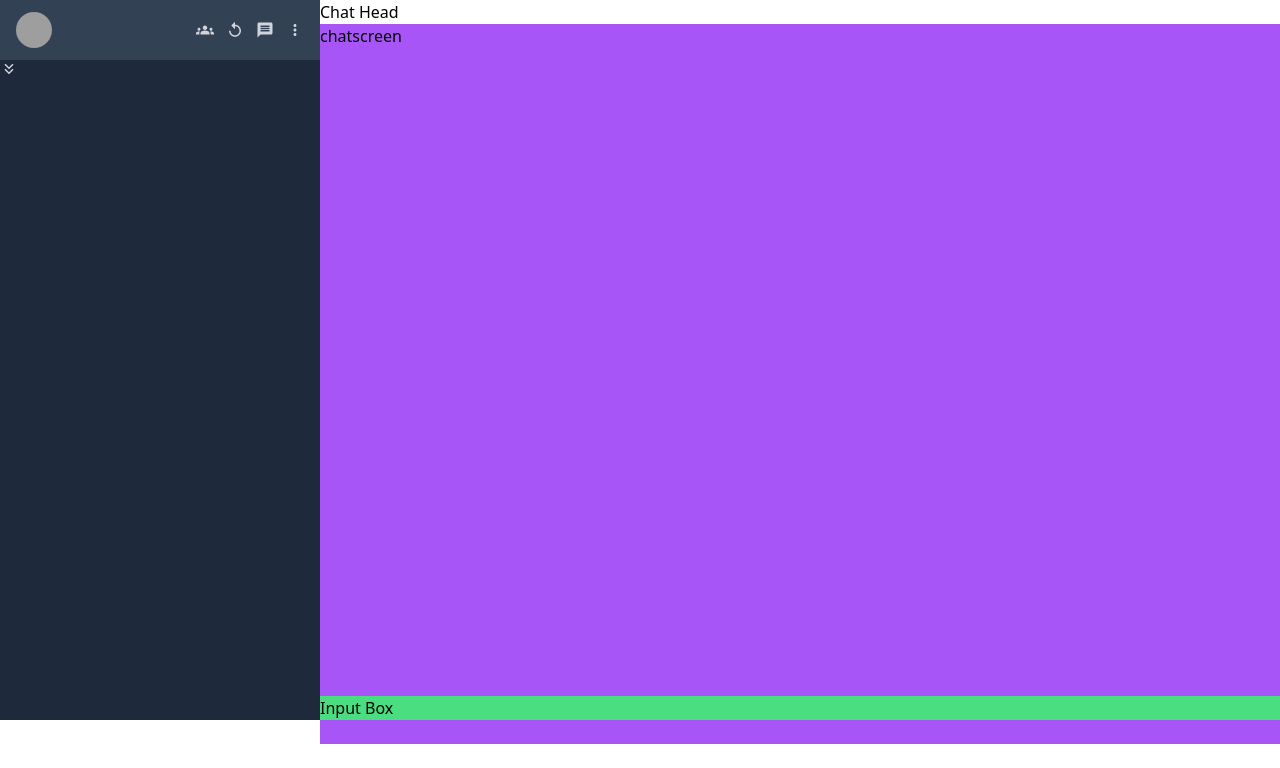
Repository: theanmol-raj/whatsapp
Page: /
An editor plug-in stored every save of this project. The page is shown before and after the next save, followed by the edit.
The browser window is 1280 px wide. The pictures show the whole page.
Pictures or frames that could not be fetched are drawn as grey boxes. The project was rebuilt for these pictures with package versions that can differ from the ones it lists, and the page was loaded fresh each time.

Above is the page before, as saved 2022-12-03 21:50:13.

### src/index.js
import React from 'react';
import ReactDOM from 'react-dom/client';
import './index.css';
import App from './App';






const root = ReactDOM.createRoot(document.getElementById('root'));

root.render(
  <App />
);

### src/App.js
import Homescreen from "./Screens/Homescreen";

function App() {

  return (
    <div className="h-screen w-screen bg-slate-900">
      <Homescreen />
      {/* LoginScreen */}
    </div>
  );
}

export default App;

### src/Screens/Homescreen.jsx
import React from 'react'
import ChatScreen from '../Components/ChatScreen'
import ContactList from '../Components/ContactList'

function Homescreen() {
  return (
    <div className=' w-full max-w-[95rem] grid grid-cols-4 h-screen bg-red-500 mx-auto'>
        {/* Contact List */}
            <ContactList />
        {/* Message Box */}
            <ChatScreen />

    </div>
  )
}

export default Homescreen

### src/Components/ChatScreen.jsx
import React from 'react'

function ChatScreen() {
  return (
    <div className=' bg-yellow-400 col-span-3 relative'>
        <div className=' w-full bg-white sticky top-0'>
                Chat Head
        </div>
        <div className=' h-full bg-purple-500'>
                chatscreen
        </div>
        <div className=' w-full sticky bottom-0 bg-green-400'>
                Input Box
        </div>
    </div>
  )
}

export default ChatScreen

### src/Components/ContactList.jsx
import React from 'react'
import GroupsIcon from '@mui/icons-material/Groups';
import ReplayIcon from '@mui/icons-material/Replay';
import MessageIcon from '@mui/icons-material/Message';
import MoreVertIcon from '@mui/icons-material/MoreVert';
import KeyboardDoubleArrowDownIcon from '@mui/icons-material/KeyboardDoubleArrowDown';


function ContactList() {
  return (
    <div className=' bg-slate-800'>
      <div className=' flex justify-between items-center p-3 px-4 bg-slate-700'>
        <img className=' rounded-full h-9 w-9' alt='' src="https://pps.whatsapp.net/v/t61.24694-24/158723607_419193396439292_5955373819812020282_n.jpg?stp=dst-jpg_s96x96&ccb=11-4&oh=01_AdRKjHR9ktMhs2HrAksQulr5trvWOTtpB53hlyDh0ZECbw&oe=63986EC2" />
        <div className=' flex text-gray-300 text-lg space-x-3'>
          <GroupsIcon fontSize='inherit' />
          <ReplayIcon fontSize='inherit' />
          <MessageIcon fontSize='inherit' />
          <MoreVertIcon fontSize='inherit' />
        </div>

      </div>
      <div className=' flex text-gray-300 text-lg'>
        <div className='flex'>

        </div>
        <KeyboardDoubleArrowDownIcon fontSize='inherit' />

      </div>

    </div>
  )
}

export default ContactList

Loaded but not shown: public/index.html (common file); src/index.css (common file); tailwind.config.js (common file)

After the next save:
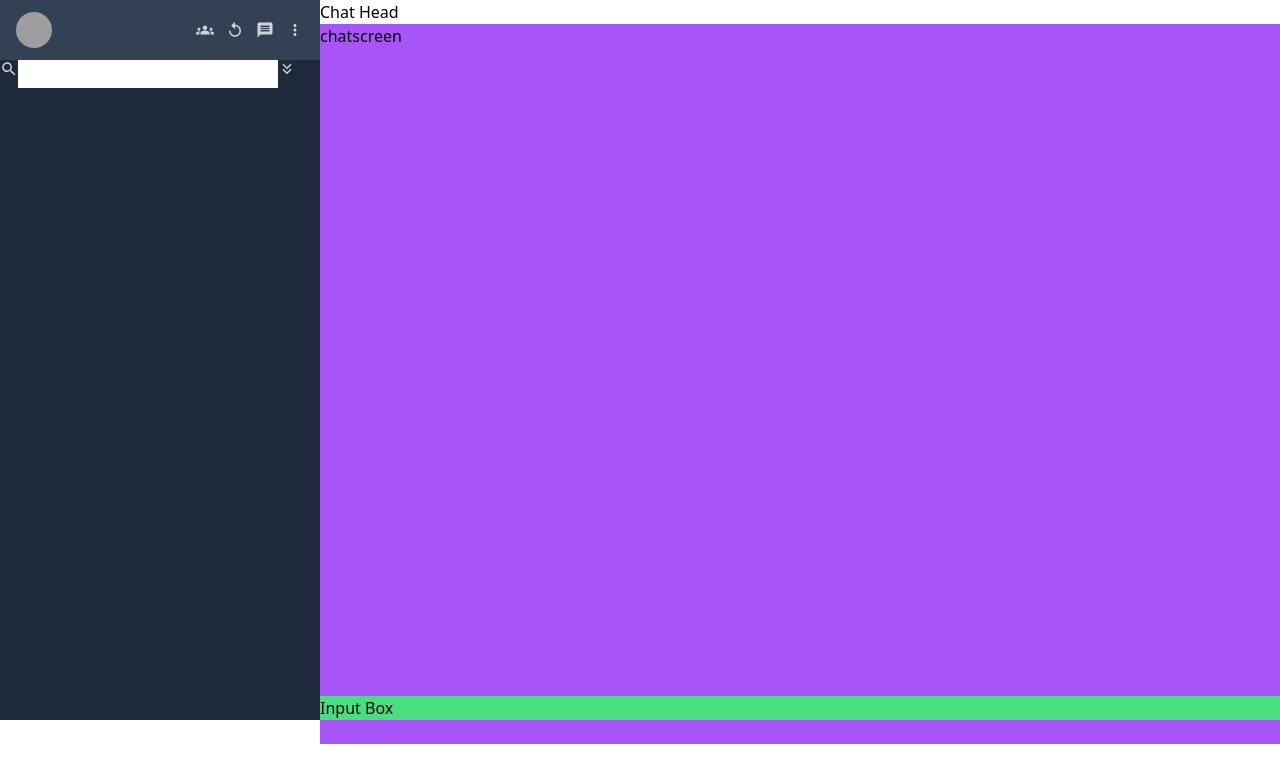
Saved 32 s later.
--- a/src/Components/ContactList.jsx
+++ b/src/Components/ContactList.jsx
@@ -4,6 +4,7 @@ import ReplayIcon from '@mui/icons-material/Replay';
 import MessageIcon from '@mui/icons-material/Message';
 import MoreVertIcon from '@mui/icons-material/MoreVert';
 import KeyboardDoubleArrowDownIcon from '@mui/icons-material/KeyboardDoubleArrowDown';
+import SearchIcon from '@mui/icons-material/Search';
 
 
 function ContactList() {
@@ -21,7 +22,8 @@ function ContactList() {
       </div>
       <div className=' flex text-gray-300 text-lg'>
         <div className='flex'>
-
+          <SearchIcon fontSize='inherit' />
+          <input />
         </div>
         <KeyboardDoubleArrowDownIcon fontSize='inherit' />
 
